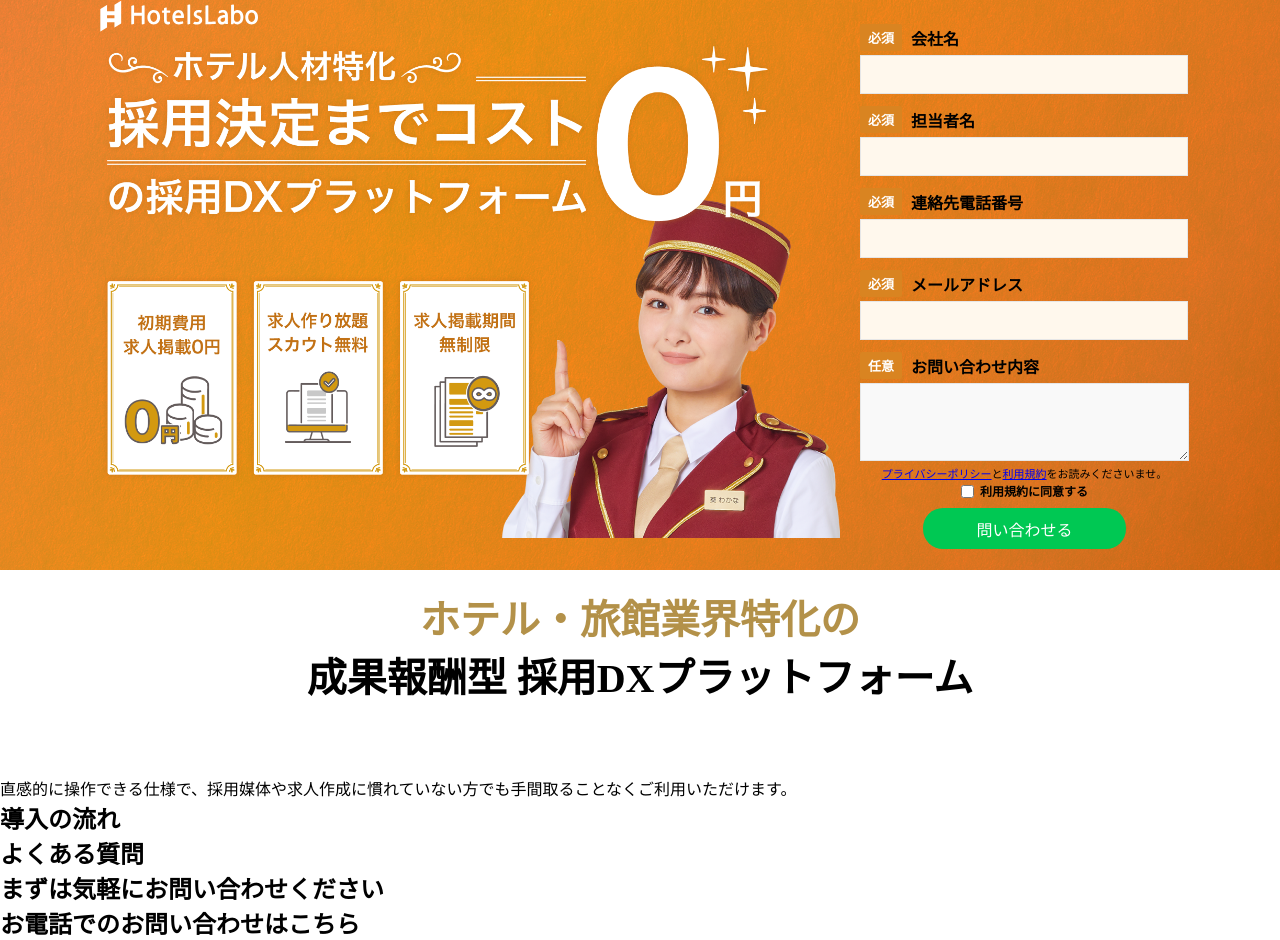
Repository: FujieRyou/to_b_lp
Page: index.html
These files come from the project's save history. The page is drawn as it stood at one moment and after the next save; the edit follows.
The browser window is 1280 px wide. The pictures show the whole page.

Above is the page before, as saved 2024-02-27 02:28:20.
Not found: index.js

After the next save:
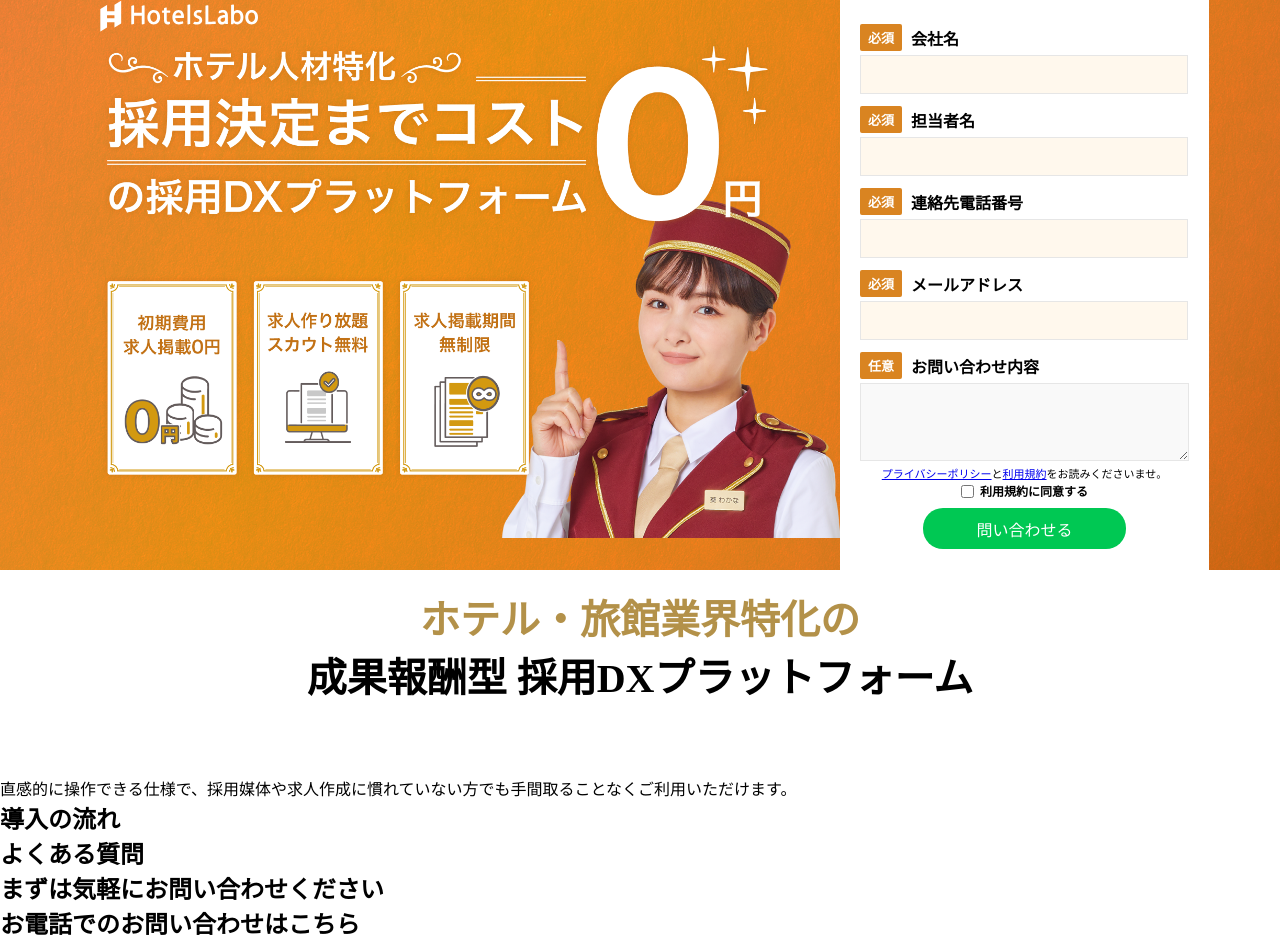
Saved 42 s later.
--- a/style.css
+++ b/style.css
@@ -31,6 +31,7 @@
 form{
     width: 369px;
     padding: 24px 20px;
+    background-color: rgba(255, 255, 255, 1);
 }
 
 .formFlexStyle{
